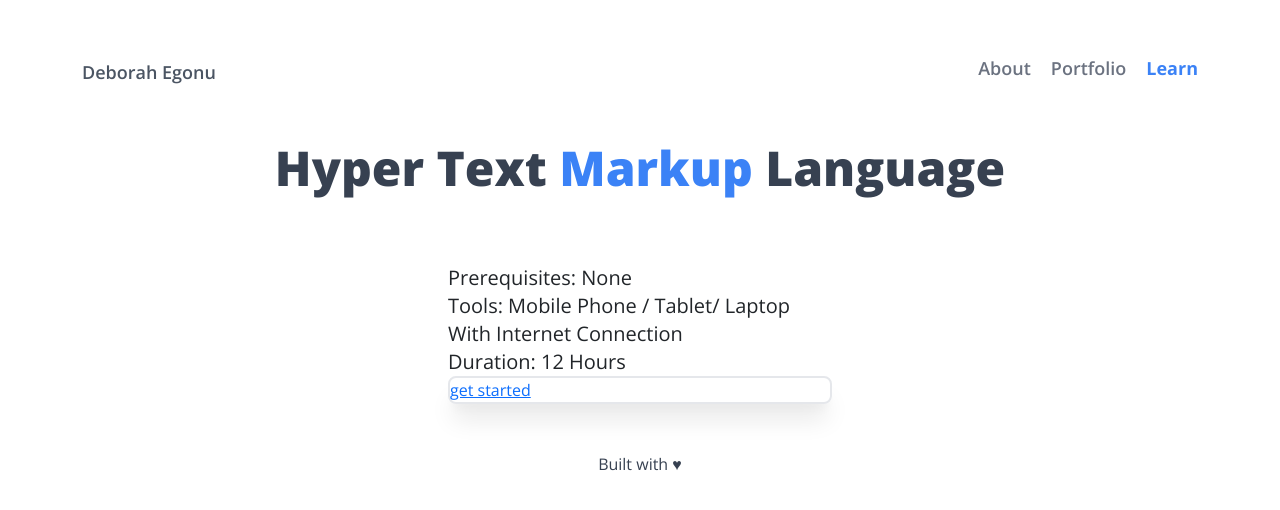
Repository: latenightsnacc/codewithdeb
Page: learn/courses/HTML/getting-started.html
The author's editor kept a copy of each file at every save. The page is drawn from the files as they stood at one save, then again after the next save.
The browser window is 1280 px wide. The pictures show the whole page.
The style sheet was rebuilt from its Sass, Less or Tailwind sources for each picture, by a compiler version that may differ from the author's.

Above is the page before, as saved 2021-06-07 14:28:48.

After the next save:
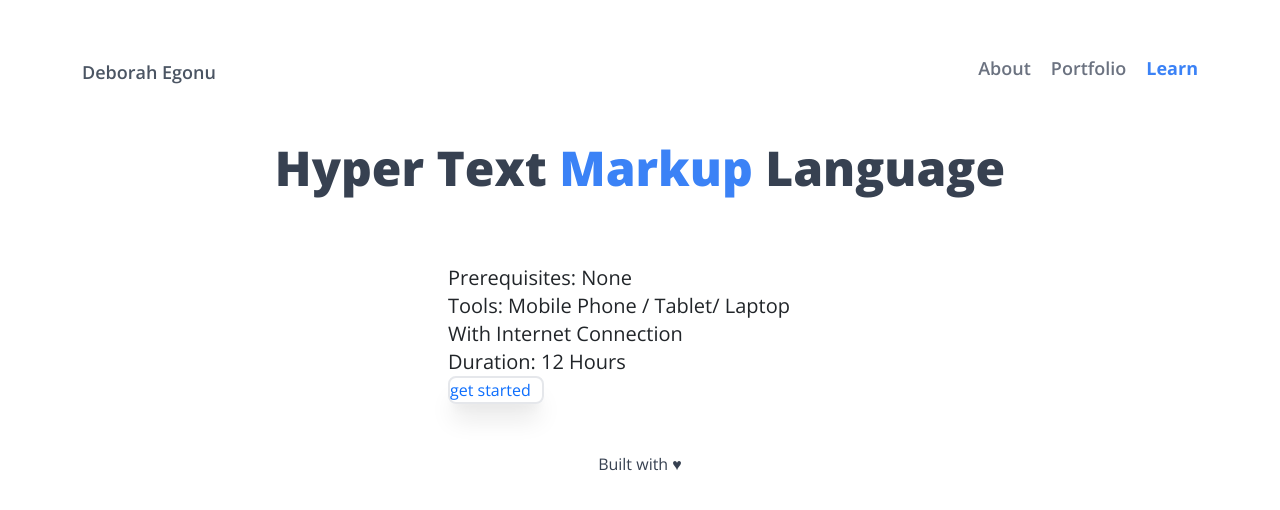
Saved 14 s later.
--- a/learn/courses/HTML/getting-started.html
+++ b/learn/courses/HTML/getting-started.html
@@ -53,7 +53,7 @@
             <div class="text-xl capitalize">prerequisites: <span>None</span></div>
             <div class="text-xl capitalize">tools: <span>Mobile phone / tablet/ laptop with internet connection</span></div>
             <div class="text-xl capitalize">duration: <span>12 hours</span></div>
-            <a href="overview.html" class="no-outline border-2 shadow-xl rounded-lg">get started</a>
+            <a href="overview.html" class="no-underline w-24 border-2 shadow-xl rounded-lg">get started</a>
         </div>
     </div>
      <!--SPACER-->
